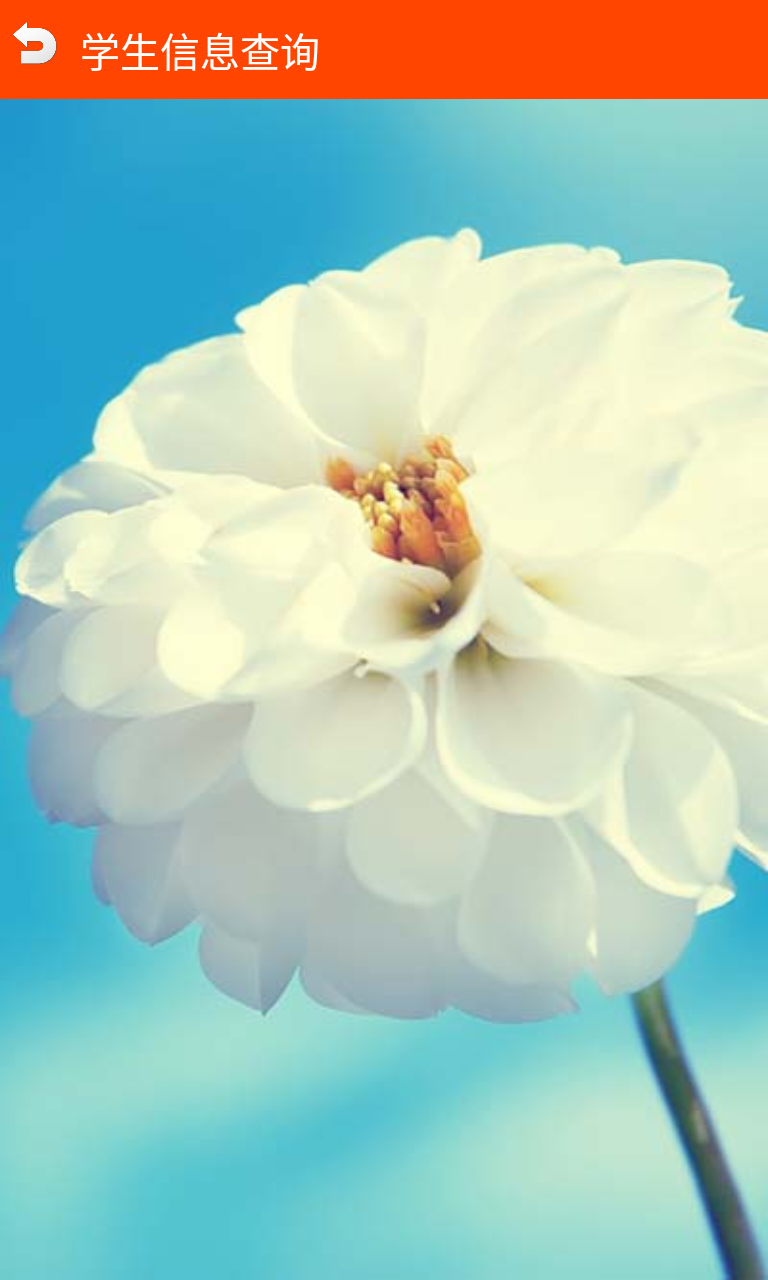
Repository: mrhanliang/Android_4.2
Layout: ListViewText/res/layout/activity_main.xml
An editor plug-in stored every save of this project. The layout is shown before and after the next save, followed by the edit.
It is drawn on a 768 x 1280 px phone screen (xhdpi) without system bars, with theme AppTheme; the app's code is not run. Lists and similar views that code fills are empty.

Above is the layout before, as saved 2015-12-11 14:03:18.

After the next save:
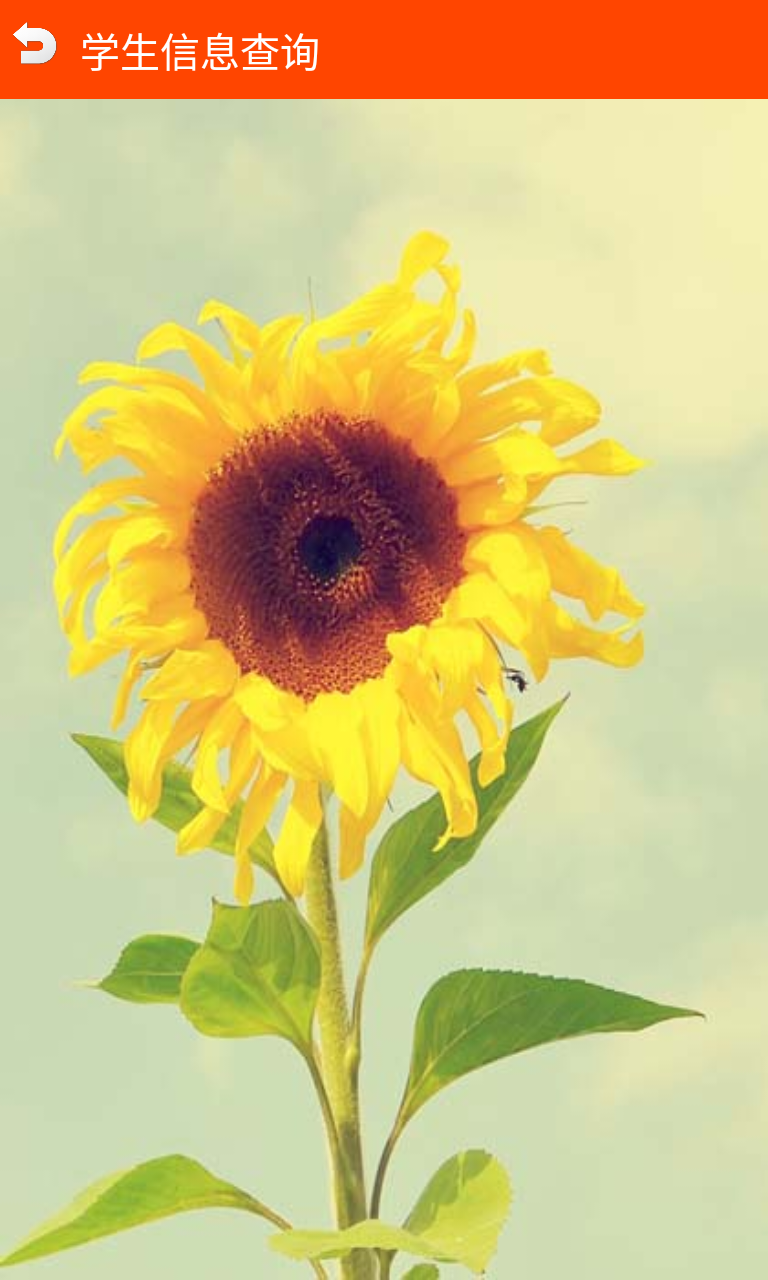
Saved 27 s later.
--- a/ListViewText/res/layout/activity_main.xml
+++ b/ListViewText/res/layout/activity_main.xml
@@ -2,7 +2,7 @@
     xmlns:tools="http://schemas.android.com/tools"
     android:layout_width="match_parent"
     android:layout_height="match_parent"
-    android:background="@drawable/p1" >
+    android:background="@drawable/p2" >
 
     <LinearLayout
         android:id="@+id/linearlayout1"
